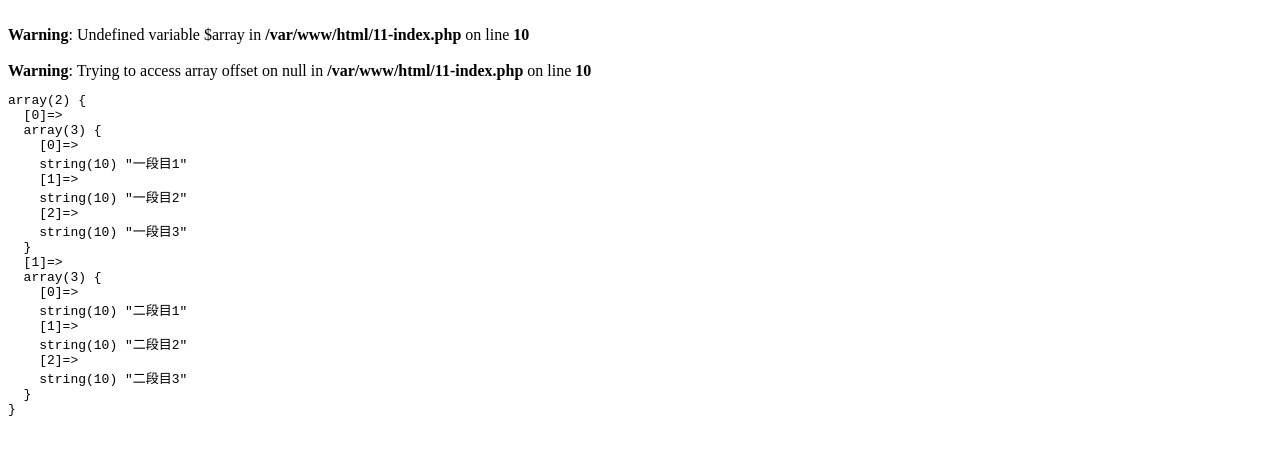
Repository: shimomura2020goout/phptest-240302
Page: http://localhost/11-index.php
An editor plug-in stored every save of this project. The page is shown before and after the next save, followed by the edit.
The browser window is 1280 px wide. The pictures show the whole page.
The page is run by PHP 8.4 with error messages shown; the project is at /var/www/html/.

Above is the page before, as saved 2024-03-03 17:34:52.

After the next save:
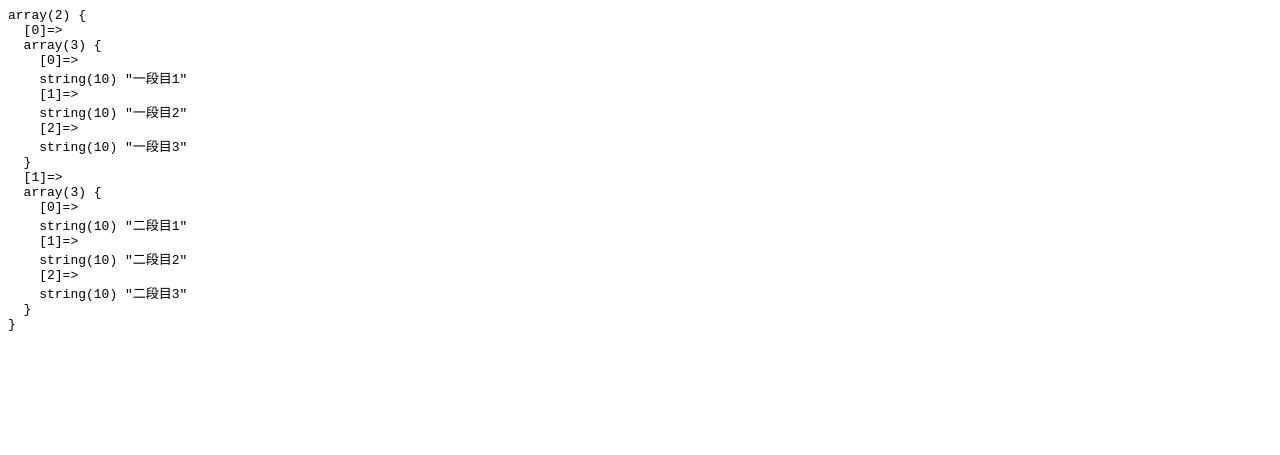
Saved 13 s later.
--- a/11-index.php
+++ b/11-index.php
@@ -7,7 +7,6 @@ $array_2 = [
   ['二段目1','二段目2','二段目3']
 ];
 
-echo $array[1];
 
 echo '<pre>';
 var_dump($array_2);
